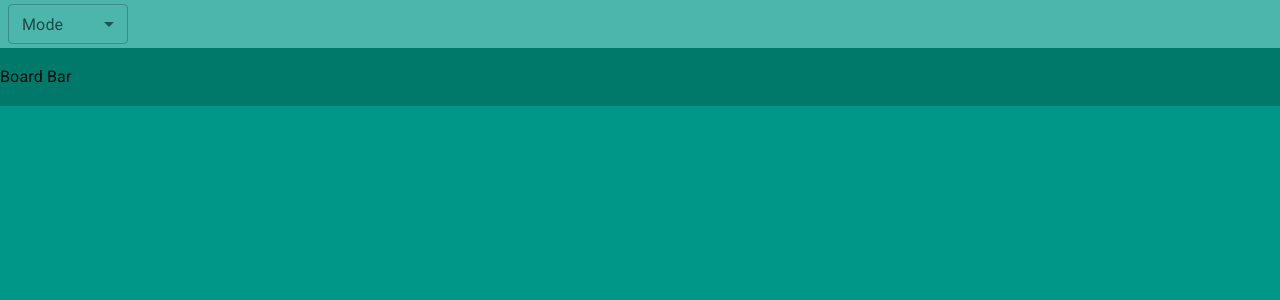
Repository: VoPhamKhanhTruong/trello-web
Page: /
The author's editor kept a copy of each file at every save. The page is drawn from the files as they stood at one save, then again after the next save.
The browser window is 1280 px wide. The pictures show the whole page.
The project was rebuilt for these pictures with package versions that can differ from the ones it lists, and the page was loaded fresh each time. Also part of the build but not shown: vite.config.js.

Above is the page before, as saved 2024-08-07 17:31:15.

### src/main.jsx
import ReactDOM from 'react-dom/client'
import App from './App.jsx'
import CssBaseline from '@mui/material/CssBaseline'
import { Experimental_CssVarsProvider as CssVarsProvider } from '@mui/material/styles'
import theme from './theme'

ReactDOM.createRoot(document.getElementById('root')).render(
  <>
    <CssVarsProvider theme={theme}>
      <CssBaseline />
      <App />
    </CssVarsProvider>
  </>
)

### src/App.jsx
import Button from '@mui/material/Button'
import AccessAlarmIcon from '@mui/icons-material/AccessAlarm'
import ThreeDRotation from '@mui/icons-material/ThreeDRotation'
import HomeIcon from '@mui/icons-material/Home'
import { pink } from '@mui/material/colors'
import Typography from '@mui/material/Typography'
import {
  useColorScheme
} from '@mui/material/styles'
import useMediaQuery from '@mui/material/useMediaQuery'
import InputLabel from '@mui/material/InputLabel'
import MenuItem from '@mui/material/MenuItem'
import FormControl from '@mui/material/FormControl'
import Select from '@mui/material/Select'
import LightModeIcon from '@mui/icons-material/LightMode'
import DarkModeOutlinedIcon from '@mui/icons-material/DarkModeOutlined'
import SettingsBrightnessIcon from '@mui/icons-material/SettingsBrightness'
import Box from '@mui/material/Box'
import Container from '@mui/material/Container'

function ModeSelect() {
  const { mode, setMode } = useColorScheme()
  const handleChange = (event) => {
    const selectedMode = event.target.value
    setMode(selectedMode)
    // setAge(event.target.value)
  }

  return (
    <FormControl sx={{ m: 1, minWidth: 120 }} size="small">
      <InputLabel id="label-select-dark-light-mode">Mode</InputLabel>
      <Select
        labelId="label-select-dark-light-mode"
        id="select-dark-light-mode"
        value={mode}
        label="Mode"
        onChange={handleChange}
      >
        <MenuItem value="light">
          <Box sx={{ display: 'flex', alignItems: 'center', gap: 1 }}>
            <LightModeIcon fontSize="small"/> Light
          </Box>
        </MenuItem>
        <MenuItem value="dark">
          <Box sx={{ display: 'flex', alignItems: 'center', gap: 1 }}>
            <DarkModeOutlinedIcon fontSize="small" /> Dark
          </Box>
        </MenuItem>
        <MenuItem value="system">
          <Box sx={{ display: 'flex', alignItems: 'center', gap: 1 }}>
            <SettingsBrightnessIcon fontSize="small" /> System
          </Box>
        </MenuItem>
      </Select>
    </FormControl>
  )
}

function App() {
  return (
    <Container disableGutters maxWidth={false} sx={{ height: '100vh', backgroundColor: 'primary.main'}}>
      <Box sx={{
        backgroundColor: 'primary.light',
        width: '100%',
        height: '48px',
        display: 'flex',
        alignItems: 'center'
      }}>
        <ModeSelect />
      </Box>
      <Box sx={{
        backgroundColor: 'primary.dark',
        width: '100%',
        height: '58px',
        display: 'flex',
        alignItems: 'center'
      }}>
        Board Bar
      </Box>
      <Box></Box>
    </Container>
  )
}

export default App

### src/theme.js
import { cyan, deepOrange, orange, teal } from '@mui/material/colors'
import { experimental_extendTheme as extendTheme } from '@mui/material/styles'

// Create a theme instance.
const theme = extendTheme({
  colorSchemes: {
    light: {
      palette: {
        primary: teal,
        secondary: deepOrange
      }
    },
    dark: {
      palette: {
        primary: cyan,
        secondary: orange
      }
    }
  }
})

export default theme

Loaded but not shown: index.html (common file)

After the next save:
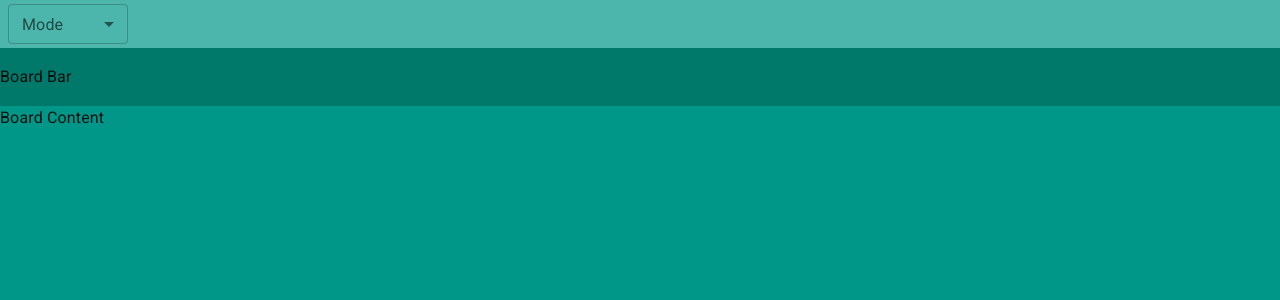
Saved 19 s later.
--- a/src/App.jsx
+++ b/src/App.jsx
@@ -77,7 +77,11 @@ function App() {
       }}>
         Board Bar
       </Box>
-      <Box></Box>
+      <Box sx={{
+
+      }}>
+        Board Content
+      </Box>
     </Container>
   )
 }
